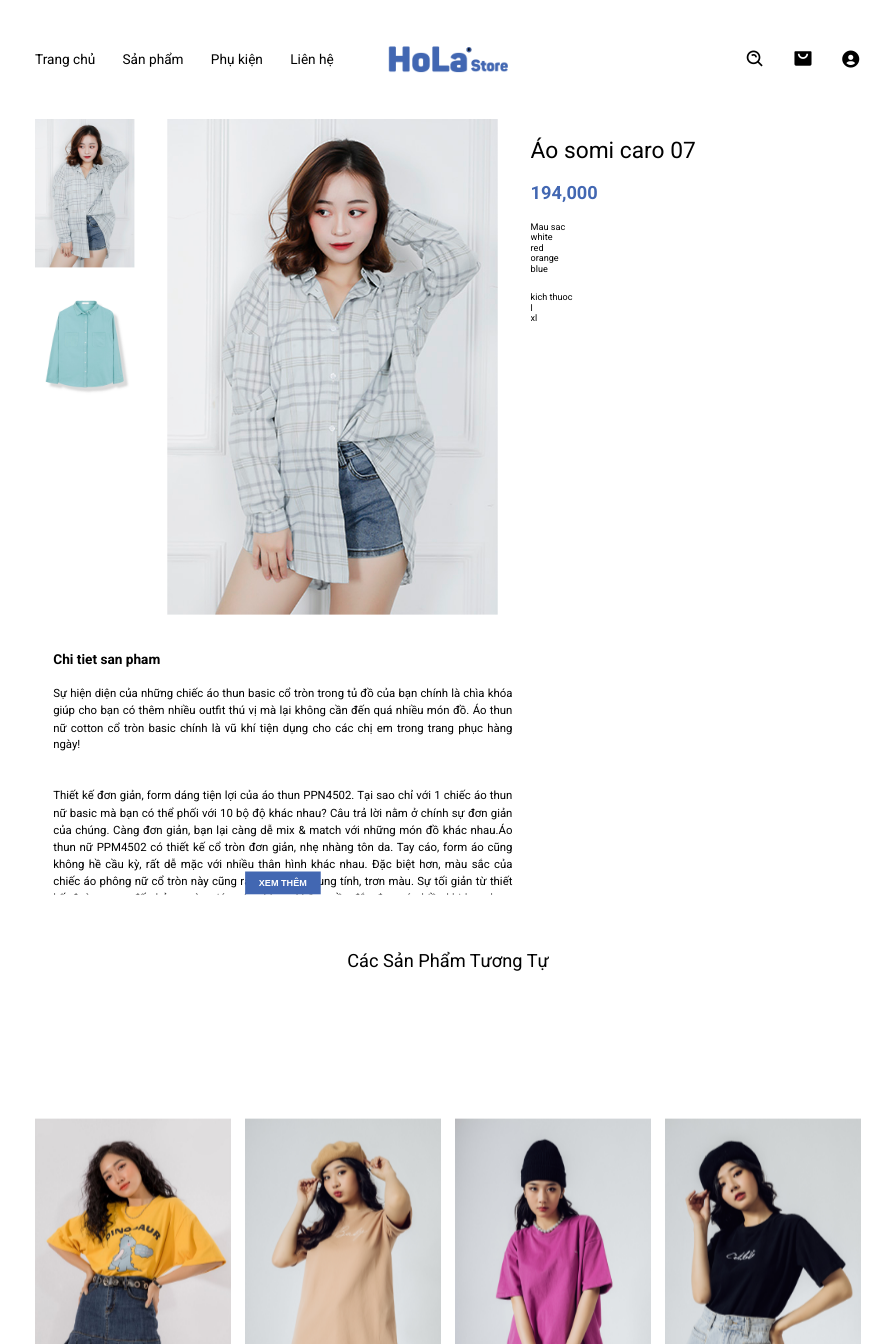
Repository: eric-nguyen-fe/Hola-ecommerce
Page: /catalog/ao-somi-caro-07
These files come from the project's save history. The page is drawn as it stood at one moment and after the next save; the edit follows.
The browser window is 1280 px wide. The pictures show the part of the page from y = 0 to 1920 px (the page is 4131 px tall), at 70% of full size.
The project was rebuilt for these pictures with package versions that can differ from the ones it lists, and the page was loaded fresh each time. Also part of the build but not shown: src/components/HeroSlider.jsx, src/components/PolicyCard.jsx, src/assets/fake-data/hero-slider.js, src/assets/fake-data/policy.js, src/pages/Home.jsx, src/components/CheckBox.jsx, src/assets/fake-data/category.js, src/assets/fake-data/product-color.js and 4 more.

Above is the page before, as saved 2021-12-10 12:43:56.

After the next save:
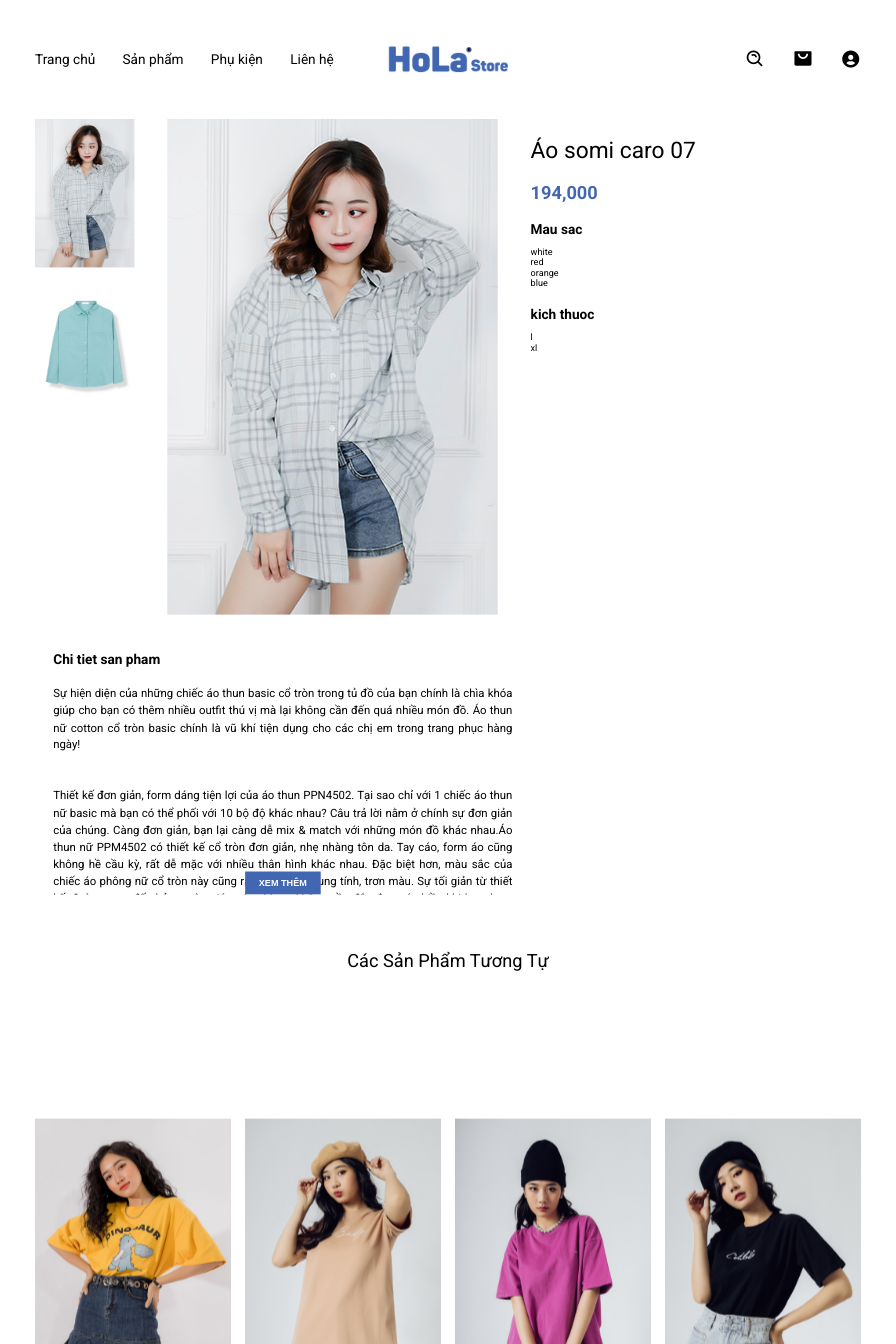
Saved 43 s later.
--- a/src/scss/components/_product.scss
+++ b/src/scss/components/_product.scss
@@ -48,6 +48,12 @@
                 font-size: 2rem;
                 font-weight: 600;
             }
+
+            &__title {
+                font-size: 1.5rem;
+                font-weight: 600;
+                margin-bottom: 1rem;
+            }
         }
     }
 }
